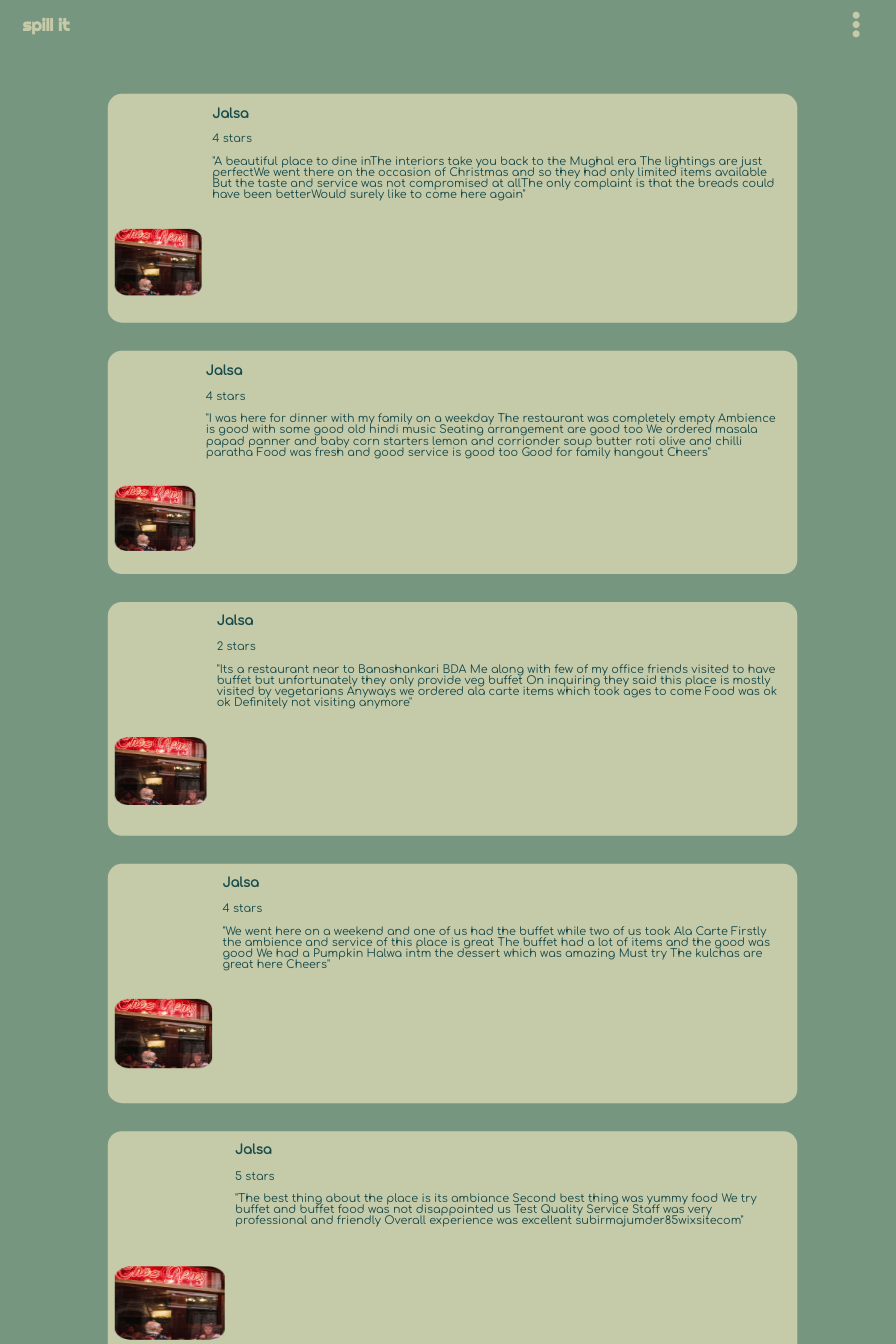
Repository: shaelorch/spillit
Page: /findASpot
The author's editor kept a copy of each file at every save. The page is drawn from the files as they stood at one save, then again after the next save.
The browser window is 1280 px wide. The pictures show the part of the page from y = 0 to 1920 px (the page is 699509 px tall before and 695501 px after), at 70% of full size.
The project was rebuilt for these pictures with package versions that can differ from the ones it lists, and the page was loaded fresh each time. The framework's server and built-in components were replaced by stand-ins that run in the browser. Also part of the build but not shown: next.config.js, components/HeroCont.js, components/Button.js, components/SubButton.js, components/Header.js, components/popMenu.js.

Above is the page before, as saved 2023-02-10 14:53:12.

### pages/findASpot.js
import Head from 'next/head'
import Image from 'next/image'
import HeroCont from '../components/HeroCont'
import styles from '../styles/Home.module.css'
import Button from '../components/Button'
import SubButton from '../components/SubButton'
import RevCard from '../components/reviewCard'
import Header from '../components/Header'
import TopBar from '../components/topBAr'
import reviews from '../data/reviews.json'


export default function Home() {

  console.log(reviews);
  return (
    <div className={styles.container}>
      <Head>
        <title>Create Next App</title>
        <meta name="description" content="Generated by create next app" />
        <link rel="icon" href="/favicon.ico" />

      </Head>

     <TopBar/>

      <main className={styles.main}>
       <div >
        {
          reviews.map( (rev, index) => {
            return (
              <RevCard
              key={index}
              name={rev.name}
              rating={`${rev.rating} stars`}
              review={`"${rev.review}"`}></RevCard>
            )
          })

        }
       </div>



      </main>

      <footer className={styles.footer}>

      </footer>
    </div>
  )
}

### styles/globals.css

@import url('https://fonts.googleapis.com/css2?family=Righteous&display=swap');
@import url('https://fonts.googleapis.com/css2?family=Comfortaa&family=Righteous&display=swap');


html,
body {
  padding: 0;
  margin: 0;
  font-family: -apple-system, BlinkMacSystemFont, Segoe UI, Roboto, Oxygen,
    Ubuntu, Cantarell, Fira Sans, Droid Sans, Helvetica Neue, sans-serif;
}

a {
  color: inherit;
  text-decoration: none;
}

* {
  box-sizing: border-box;
}

@media (prefers-color-scheme: dark) {
  html {
    color-scheme: dark;
  }
  body {
    color: white;
    background: black;
  }
}

### styles/Home.module.css
.container {
  padding: 0 2rem;
  background-color: #779680;
}

.rotate {

  width:358;
  height:195;
  margin-top:-160;
  margin-Left:-40;
  animation:rotation 2s infinite linear;
}

.main {
  min-height: 100vh;
  padding: 4rem 0;
  flex: 1;
  margin-left:10%;

  display: flex;
  flex-direction: column;
  justify-content: center;
  align-items: center;
  font-family: 'Comfortaa', 'cursive';
}

.footer {
  display: flex;
  flex: 1;
  padding: 2rem 0;
  border-top: 1px solid #eaeaea;
  justify-content: center;
  align-items: center;
}

.footer a {
  display: flex;
  justify-content: center;
  align-items: center;
  flex-grow: 1;
}

.title a {
  color: #0070f3;
  text-decoration: none;
}

.title a:hover,
.title a:focus,
.title a:active {
  text-decoration: underline;
}

.title {
  margin: 0;
  line-height: 1.15;
  font-size: 4rem;
}

.title,
.description {
  text-align: center;
}

.description {
  margin: 4rem 0;
  line-height: 1.5;
  font-size: 1.5rem;
}

.code {
  background: #fafafa;
  border-radius: 5px;
  padding: 0.75rem;
  font-size: 1.1rem;
  font-family: Menlo, Monaco, Lucida Console, Liberation Mono, DejaVu Sans Mono,
    Bitstream Vera Sans Mono, Courier New, monospace;
}

.grid {
  display: flex;
  align-items: center;
  justify-content: center;
  flex-wrap: wrap;
  max-width: 800px;
}

.card {
  margin: 1rem;
  padding: 1.5rem;
  text-align: left;
  color: inherit;
  text-decoration: none;
  border: 1px solid #eaeaea;
  border-radius: 10px;
  transition: color 0.15s ease, border-color 0.15s ease;
  max-width: 300px;
}

.card:hover,
.card:focus,
.card:active {
  color: #0070f3;
  border-color: #0070f3;
}

.card h2 {
  margin: 0 0 1rem 0;
  font-size: 1.5rem;
}

.card p {
  margin: 0;
  font-size: 1.25rem;
  line-height: 1.5;
}

.logo {
  height: 1em;
  margin-left: 0.5rem;
}

@media (max-width: 600px) {
  .grid {
    width: 100%;
    flex-direction: column;
  }
}

@media (prefers-color-scheme: dark) {
  .card,
  .footer {
    border-color: #222;
  }
  .code {
    background: #111;
  }
  .logo img {
    filter: invert(1);
  }
}

### components/reviewCard.js



export default function RevCard({
    name="restaurnt",
    rating="4.0",
    review="lalalala"
}) {

    return (<div style={{justifyContent:'center',display:'flex', width:"90%", height:'100%', backgroundColor:'#C5CAA9',  borderRadius:20, marginBottom:40, paddingRight:20, paddingBottom:10}}>

        <div style={{display:'flex', flexDirection:'row'}}>
            <img  style={{display:'flex', width:'45%', height:"30%", marginTop:"20%", marginLeft:10}} src="place.png"/>
            <div style={{lineHeight:1,paddingLeft:15, color:'#184B4B'}}>
                <h3>{name}</h3>
                <p>{rating}</p>
                <p>{review}</p>
            </div>
        </div>



    </div>

    )
}

### components/topBAr.js
import Link from "next/link"
import { useState } from "react"
import { GrClose } from 'react-icons/gr'
import PopMenu from "./popMenu";

export default function TopBar() {

    const [open, setOpen] = useState(false);

   const onClick = () => {
    setOpen (current => !current)
   };

    return (
        <><div style={{ display: 'flex', flexDirection: 'row', justifyContent: 'space-between', alignItems: 'center', backgroundColor: '#779680' }}>
            <Link href='/'>
                <h2 style={{ color: '#C5CAA9', fontFamily: 'righteous, cursive' }}>spill it</h2>
            </Link>
            <img
                onClick={onClick} style={{ height: 50, width: 50 }} src="menu.png" />
            {open ? <PopMenu/> : null}

        </div></>

            )
        }

Loaded but not shown: pages/_app.js (common file); data/reviews.json (10022 lines, source omitted)

After the next save:
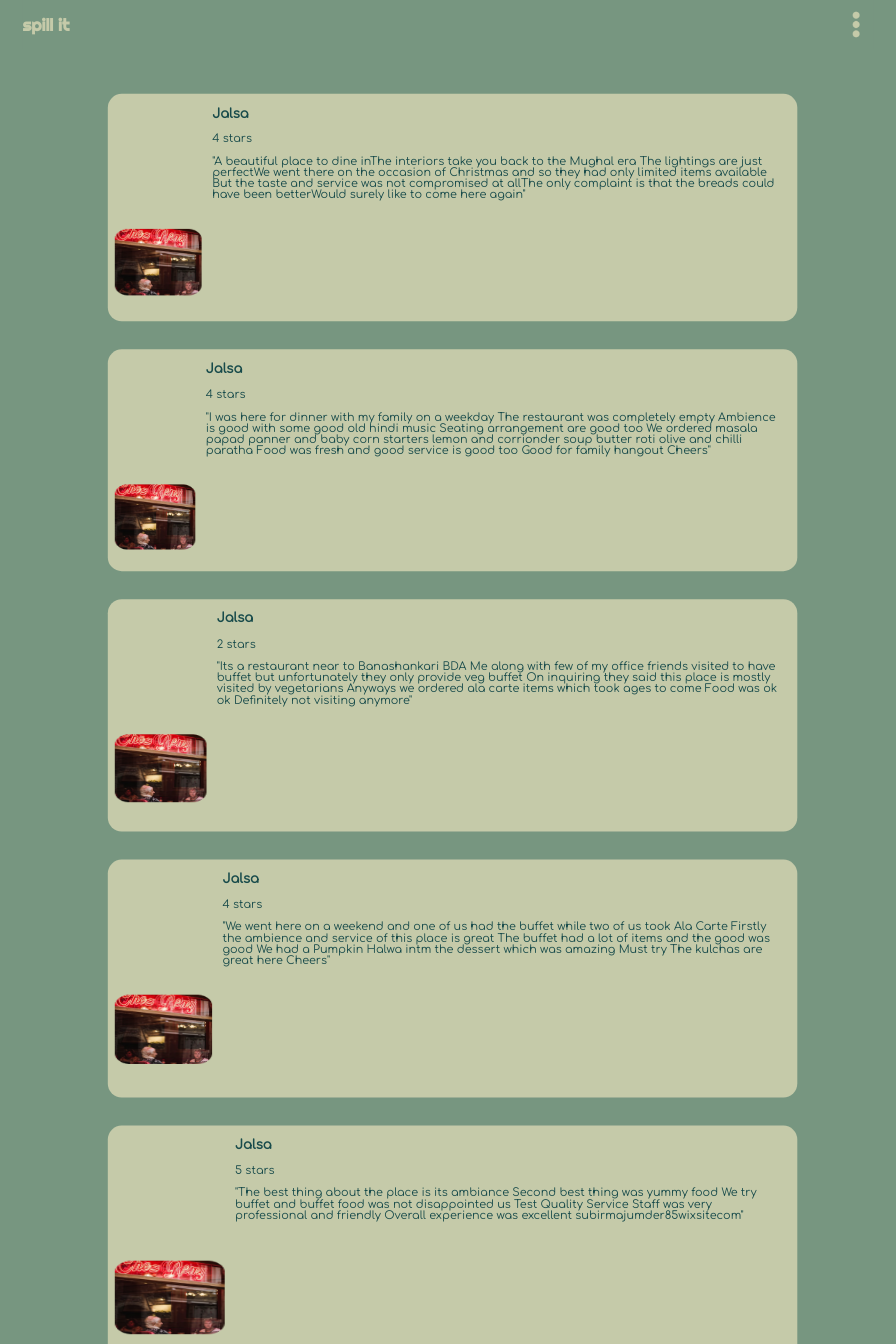
Saved 4 s later.
--- a/components/reviewCard.js
+++ b/components/reviewCard.js
@@ -7,7 +7,7 @@
     review="lalalala"
 }) {
 
-    return (<div style={{justifyContent:'center',display:'flex', width:"90%", height:'100%', backgroundColor:'#C5CAA9',  borderRadius:20, marginBottom:40, paddingRight:20, paddingBottom:10}}>
+    return (<div style={{justifyContent:'center',display:'flex', width:"90%", height:'100%', backgroundColor:'#C5CAA9',  borderRadius:20, marginBottom:40, paddingRight:20, paddingBottom:8}}>
 
         <div style={{display:'flex', flexDirection:'row'}}>
             <img  style={{display:'flex', width:'45%', height:"30%", marginTop:"20%", marginLeft:10}} src="place.png"/>
